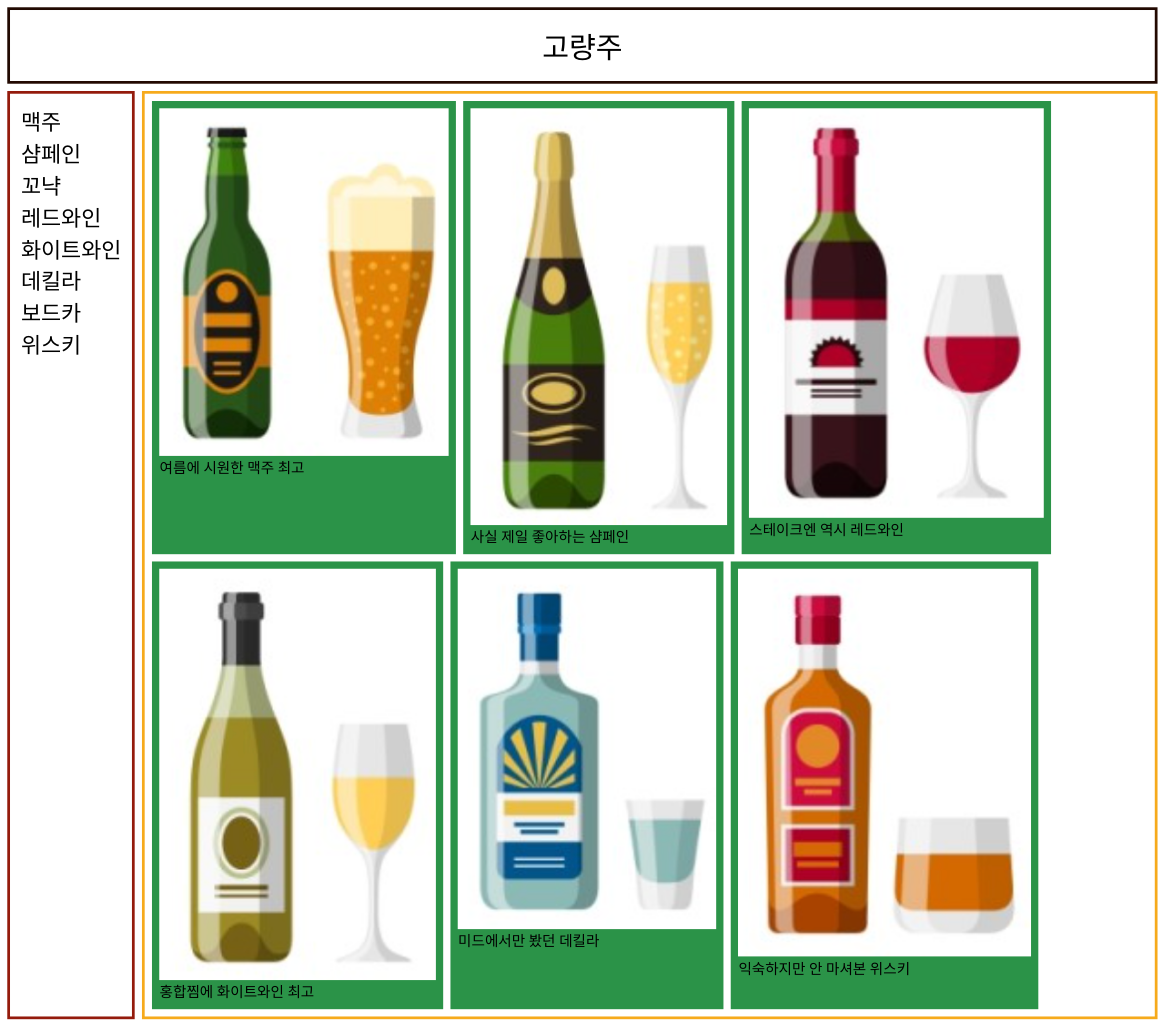
Repository: Jay-JYKim91/grj_2nd_week
Page: index.html
An editor plug-in stored every save of this project. The page is shown before and after the next save, followed by the edit.
The browser window is 1280 px wide. The pictures show the whole page, at 91% of full size.
An inner scrolling area shows only its first screen. Some web fonts or font styles are not loaded; a fallback is used.

Above is the page before, as saved 2022-05-03 14:38:01.

### index.html
<!DOCTYPE html>
<html lang="en">
<head>
    <meta charset="UTF-8">
    <meta http-equiv="X-UA-Compatible" content="IE=edge">
    <meta name="viewport" content="width=device-width, initial-scale=1.0">
    <title>Document</title>
    <link rel="stylesheet" href="./styles.css">
</head>
<body>
    <header>
        <span>고량주</span>
    </header>
    <main>
        <aside>
            <span>맥주</span>
            <span>샴페인</span>
            <span>꼬냑</span>
            <span>레드와인</span>
            <span>화이트와인</span>
            <span>데킬라</span>
            <span>보드카</span>
            <span>위스키</span>
        </aside>
        <section class="cards">
            <div class="card">
                <img src="./images/beer.png" alt="beer">
                <span>여름에 시원한 맥주 최고</span>
            </div>
            <div class="card">
                <img src="./images/champagne.png" alt="champagne">
                <span>사실 제일 좋아하는 샴페인</span>
            </div>
            <div class="card">
                <img src="./images/red_wine.png" alt="red_wine">
                <span>스테이크엔 역시 레드와인</span>
            </div>
            <div class="card">
                <img src="./images/white_wine.png" alt="white_wine">
                <span>홍합찜에 화이트와인 최고</span>
            </div>
            <div class="card">
                <img src="./images/tequila.png" alt="tequila">
                <span>미드에서만 봤던 데킬라</span>
            </div>
            <div class="card">
                <img src="./images/whiskey.png" alt="whiskey">
                <span>익숙하지만 안 마셔본 위스키</span>
            </div>
        </section>
    </main>
</body>
</html>

### styles.css
@import url("https://fonts.googleapis.com/css2?family=Hahmlet:wght@400;500&display=swap");

* {
  box-sizing: border-box;
  font-family: "Hahmlet", serif;
}

header {
  border: 3px solid #220901;
  padding: 0.5em;
  font-size: 2rem;
  text-align: center;
}

main {
  display: flex;
  margin: 0.5rem 0;
  gap: 0.5rem;
}

aside {
  display: flex;
  flex-direction: column;
  border: 3px solid #941b0c;
  padding: 0.5em;
  font-size: 1.5rem;
  min-width: max-content;
}

.cards {
  display: flex;
  flex-wrap: wrap;
  border: 3px solid #f6aa1c;
  padding: 0.5em;
  gap: 0.5em;
}

.card {
  display: flex;
  flex-direction: column;
  background-color: #2b9348;
  padding: 0.5em;
}

After the next save:
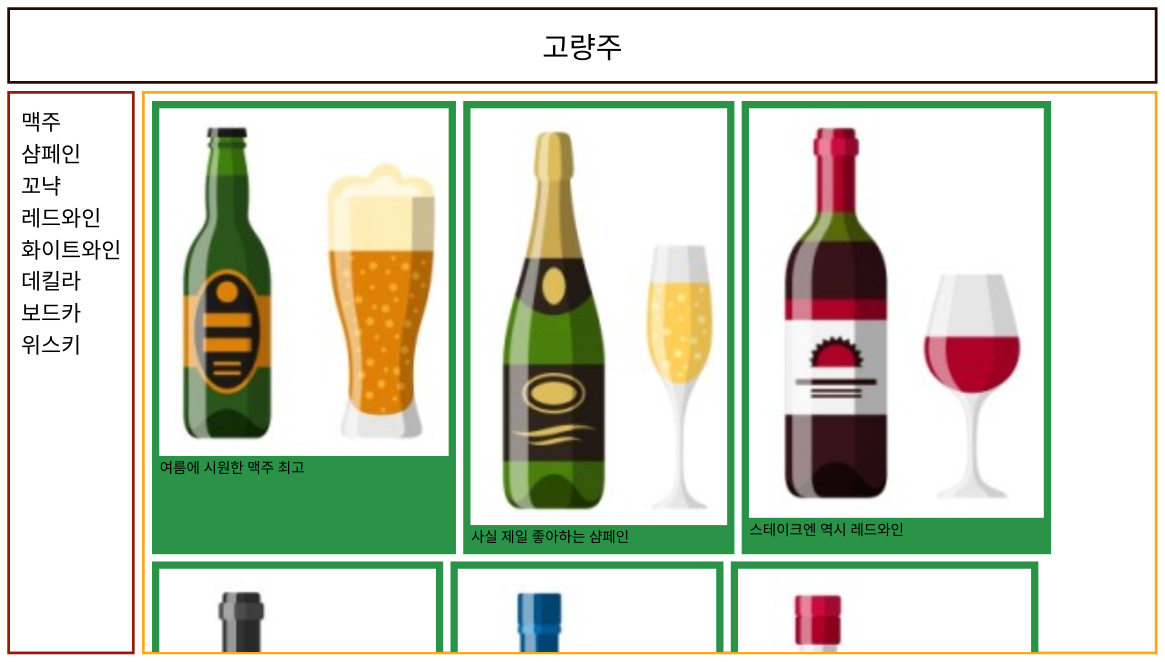
Saved 100 s later.
--- a/styles.css
+++ b/styles.css
@@ -33,6 +33,8 @@ aside {
   border: 3px solid #f6aa1c;
   padding: 0.5em;
   gap: 0.5em;
+  overflow-y: scroll;
+  height: 86vh;
 }
 
 .card {
